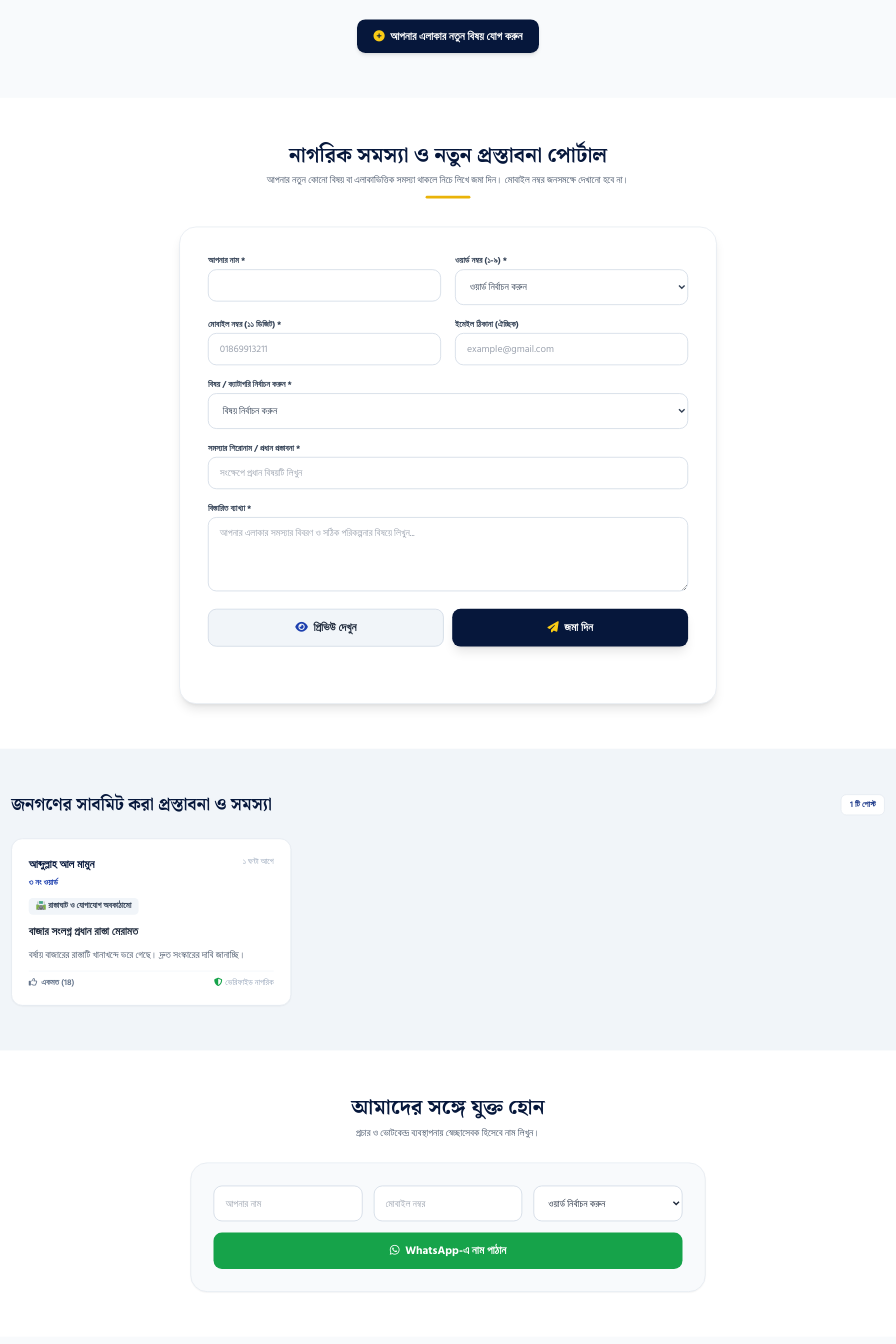
Repository: Saiful21Islam/Chairman-Candidate-Advocate-Md.-Omar-Faruk
Page: index.html
These files come from the project's save history. The page is drawn as it stood at one moment and after the next save; the edit follows.
The browser window is 1280 px wide. The pictures show the part of the page from y = 1804 to 3724 px (the page is 4301 px tall before and 4257 px after), at 70% of full size.
The page's requests for data from a server got no answer. Some web libraries are served in a nearby version.

Above is the page before, as saved 2026-10-07 00:19:11.

After the next save:
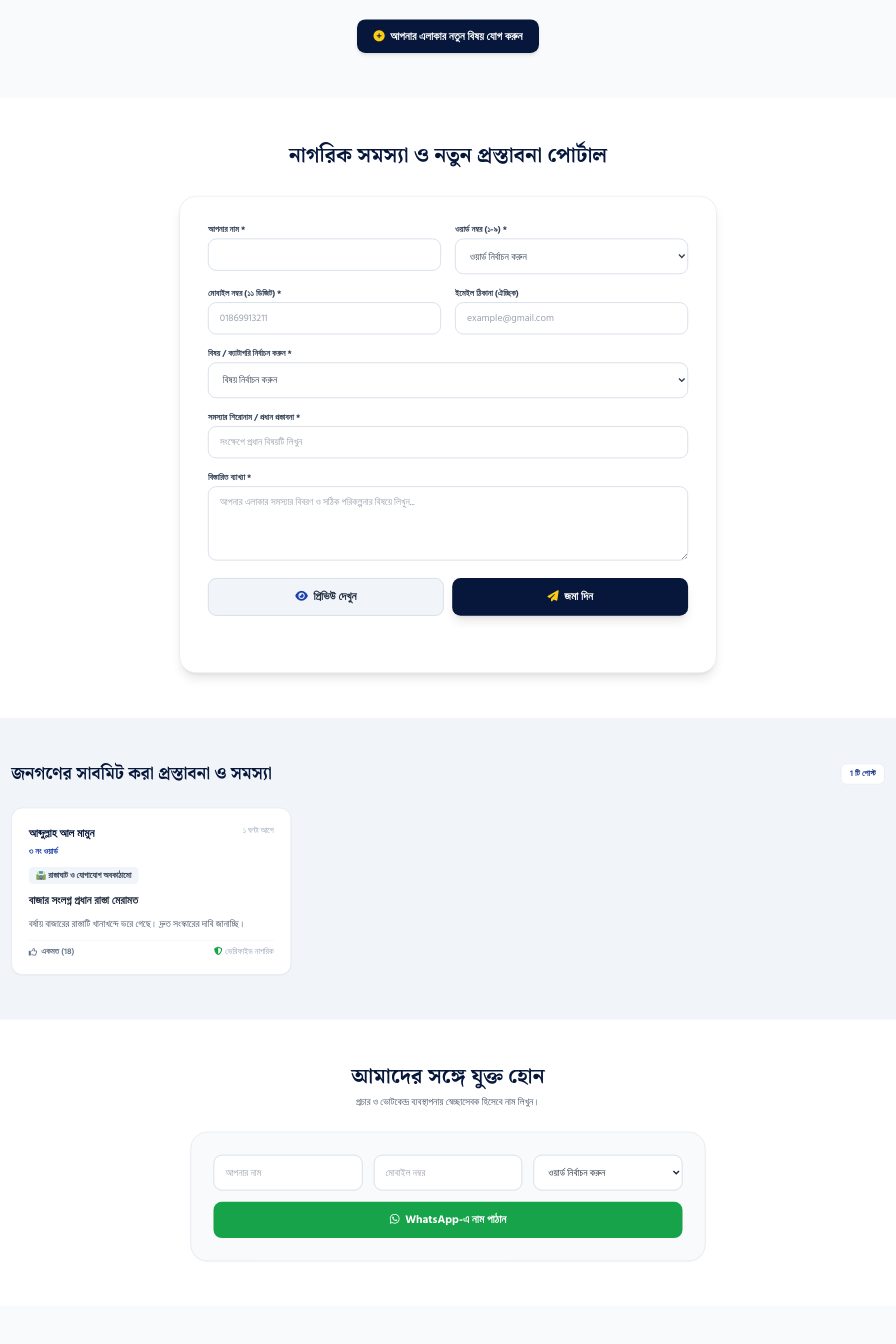
Saved 4 s later.
--- a/index.html
+++ b/index.html
@@ -161,7 +161,7 @@
         <h2 class="font-serif text-3xl font-extrabold text-navy-900" data-bn="নাগরিক সমস্যা ও নতুন প্রস্তাবনা পোর্টাল" data-en="Citizen Issue & Suggestion Portal">নাগরিক সমস্যা ও নতুন প্রস্তাবনা পোর্টাল</h2>
         <p class="text-slate-600 text-sm mt-2" data-bn="আপনার নতুন কোনো বিষয় বা এলাকাভিত্তিক সমস্যা থাকলে নিচে লিখে জমা দিন। মোবাইল নম্বর জনসমক্ষে দেখানো হবে না।
 
-" data-en="Submit any new topics or local issues using the form below. Mobile numbers will not be displayed publicly."">আপনার নতুন কোনো বিষয় বা এলাকাভিত্তিক সমস্যা থাকলে নিচে লিখে জমা দিন। মোবাইল নম্বর জনসমক্ষে দেখানো হবে না।</p>
+" data-en="Submit any new topics or local issues using the form below. Mobile numbers will not be displayed publicly.>আপনার নতুন কোনো বিষয় বা এলাকাভিত্তিক সমস্যা থাকলে নিচে লিখে জমা দিন। মোবাইল নম্বর জনসমক্ষে দেখানো হবে না।</p>
         <div class="w-16 h-1 bg-gold-500 mx-auto mt-3 rounded-full"></div>
       </div>
 
